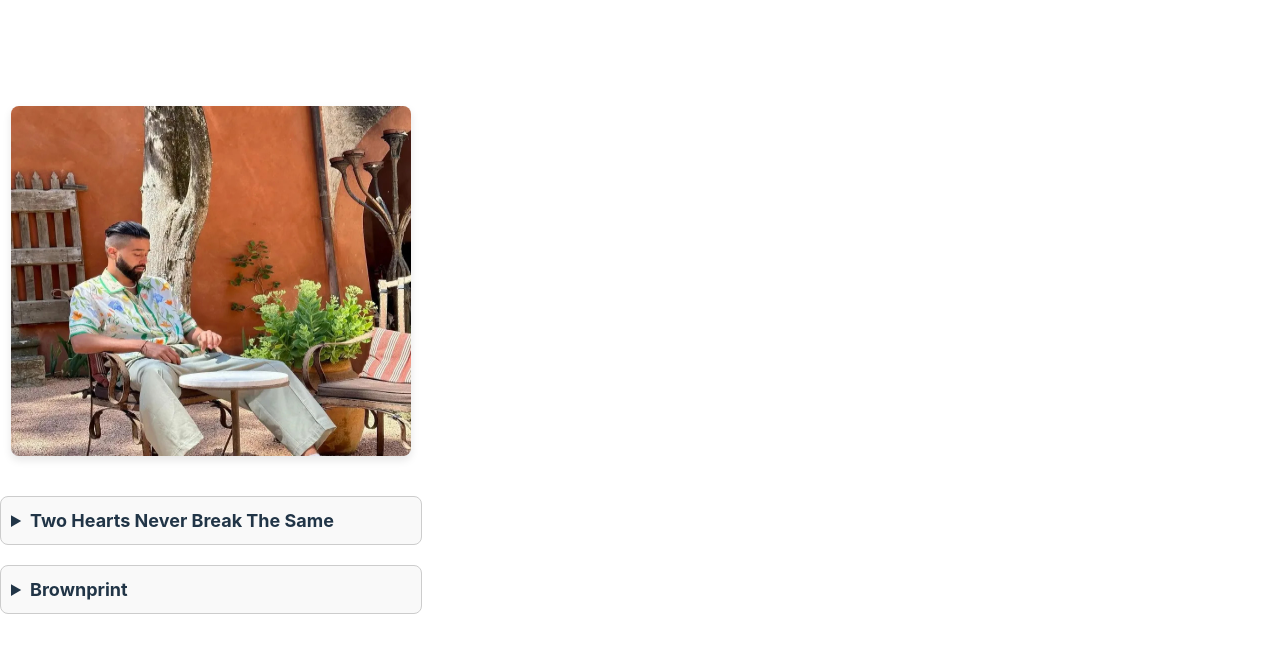
Repository: GavinPahal/my_app
Page: / (app in react/)
These files come from the project's save history. The page is drawn as it stood at one moment and after the next save; the edit follows.
The browser window is 1280 px wide. The pictures show the whole page.
The project was rebuilt for these pictures with package versions that can differ from the ones it lists, and the page was loaded fresh each time. Also part of the build but not shown: react/vite.config.js.

Above is the page before, as saved 2024-09-14 11:51:38.

After the next save:
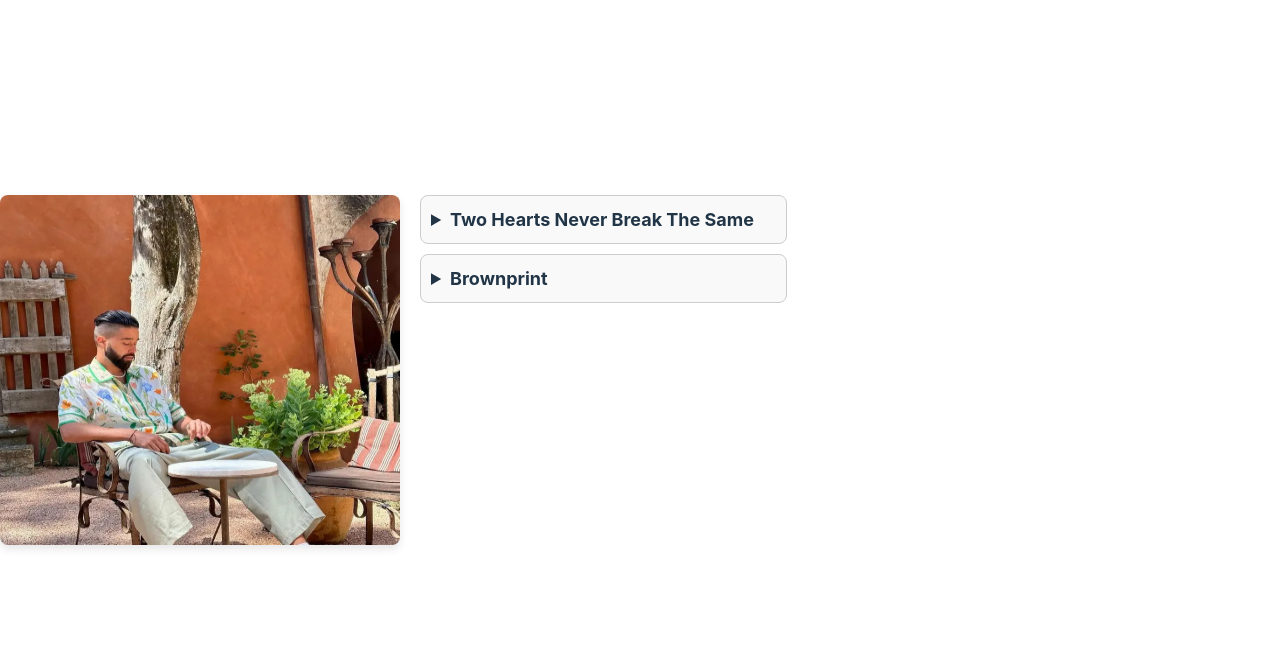
Saved 13 s later.
--- a/react/src/App.css
+++ b/react/src/App.css
@@ -1,13 +1,25 @@
+.container {
+  display: flex;
+  justify-content: center;
+  align-items: flex-start;
+  margin-top: 20px;
+}
+
+img {
+  border-radius: 8px;
+  box-shadow: 0 4px 8px rgba(0, 0, 0, 0.1);
+  margin-right: 20px;
+}
+
 .album {
   display: flex;
   flex-direction: column;
-  align-items: center;
-  margin-top: 20px;
+  max-width: 400px;
 }
 
 details {
-  width: 400px;
-  margin-top: 20px;
+  width: 100%;
+  margin-bottom: 10px;
   border: 1px solid #ccc;
   border-radius: 8px;
   padding: 10px;
@@ -33,10 +45,3 @@
   margin: 10px 0;
   list-style: decimal;
 }
-
-img {
-  display: block;
-  margin: 0 auto;
-  border-radius: 8px;
-  box-shadow: 0 4px 8px rgba(0, 0, 0, 0.1);
-}
